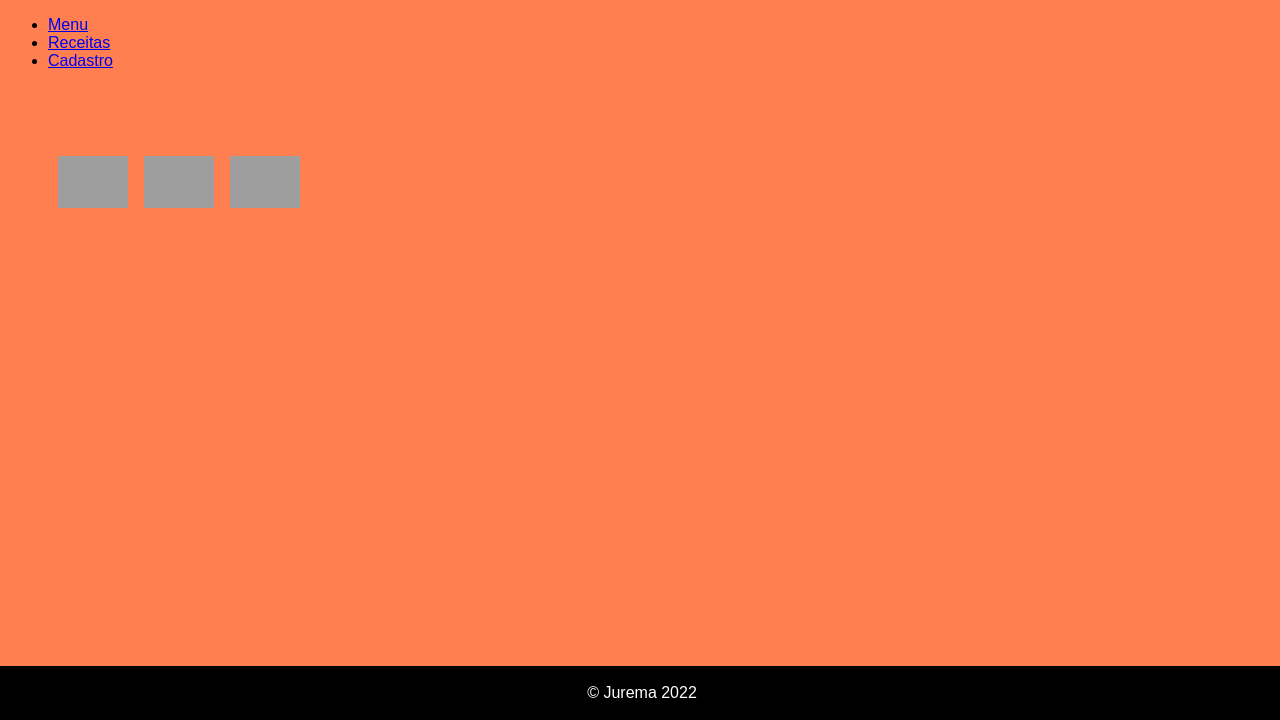
Repository: devropaes/RECEITAS
Page: OneDrive/Área de Trabalho/Estudos/Estácio/receitas/receitas.html
These files come from the project's save history. The page is drawn as it stood at one moment and after the next save; the edit follows.
The browser window is 1280 px wide. The pictures show the whole page.
Pictures or frames that could not be fetched are drawn as grey boxes.

Above is the page before, as saved 2024-03-11 21:42:33.

After the next save:
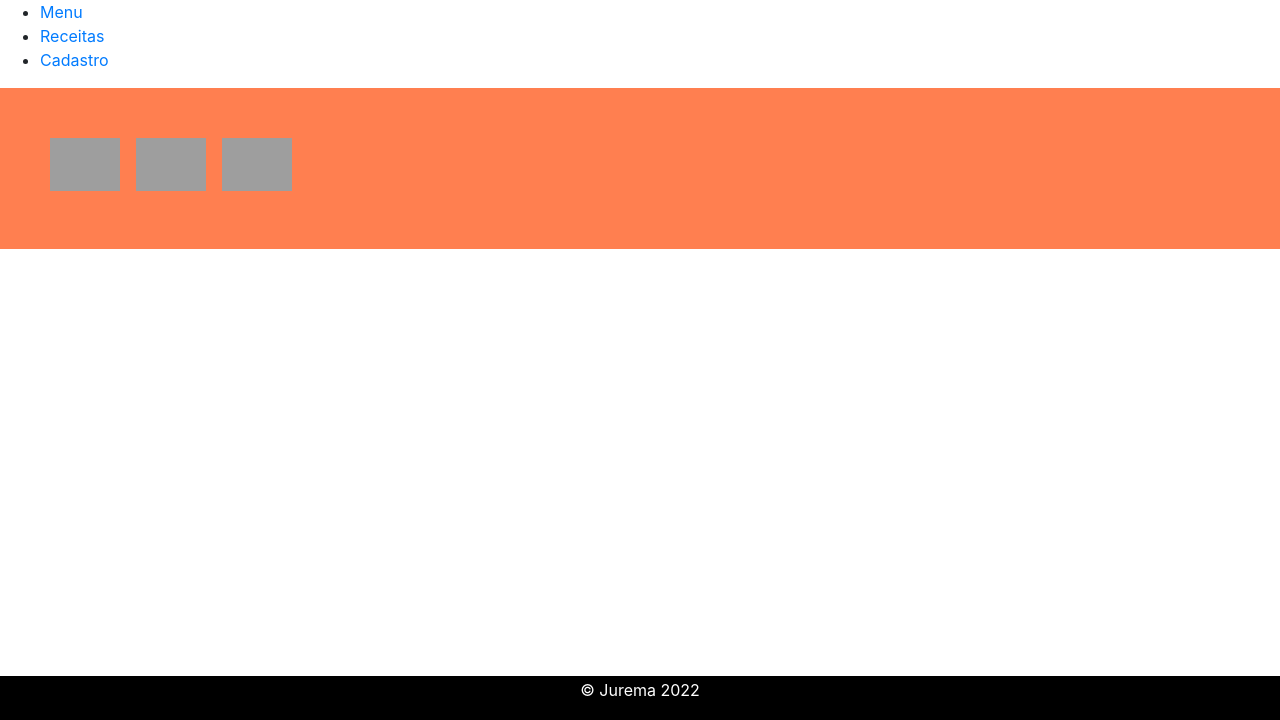
Saved 36 s later.
--- a/OneDrive/Área de Trabalho/Estudos/Estácio/receitas/receitas.html
+++ b/OneDrive/Área de Trabalho/Estudos/Estácio/receitas/receitas.html
@@ -8,6 +8,7 @@
 
     <title>MENU</title>
     <link rel="stylesheet" href="./formatos.css">
+    <link rel="stylesheet" href="https://cdn.jsdelivr.net/npm/bootstrap@4.3.1/dist/css/bootstrap.min.css" integrity="sha384-ggOyR0iXCbMQv3Xipma34MD+dH/1fQ784/j6cY/iJTQUOhcWr7x9JvoRxT2MZw1T" crossorigin="anonymous">
     </head>
     <body>
        <ul class="navlist">
